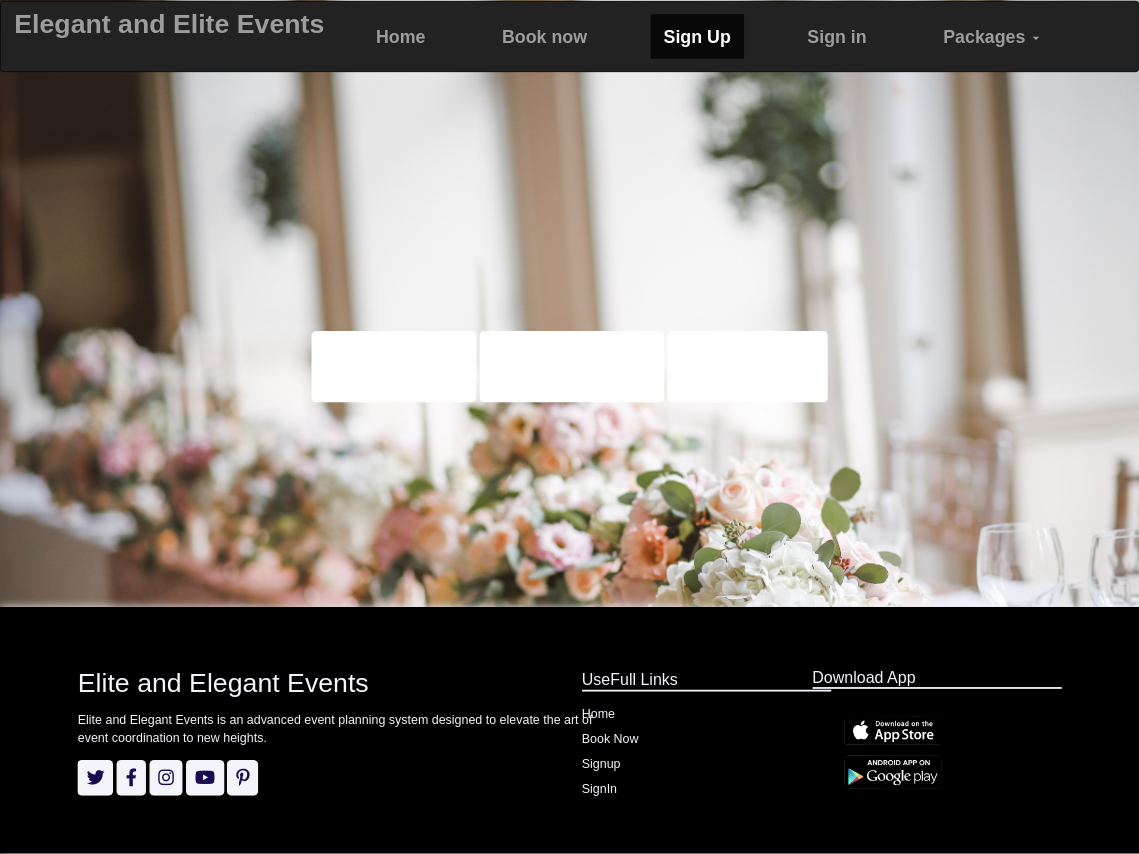
Repository: it22272690/Event-Planning-System
Page: http://localhost/PaymentDemo/useraccount.jsp
An editor plug-in stored every save of this project. The page is shown before and after the next save, followed by the edit.
The browser window is 1280 px wide. The pictures show the whole page, at 89% of full size.
Some web fonts or font styles are not loaded; a fallback is used. The page is served by Tomcat 10. Other server files are loaded and not shown.

Above is the page before, as saved 2023-10-24 09:14:13.

### PaymentDemo/src/main/webapp/useraccount.jsp
<%@ page language="java" contentType="text/html; charset=ISO-8859-1"
    pageEncoding="ISO-8859-1"%>
<!DOCTYPE html>
<html>
<head>
    <meta charset="UTF-8">
    <meta name="viewport" content="width=device-width, initial-scale=1.0">
    <title>User Profile</title>

    <link rel="stylesheet" type="text/css" href="css\useraccount.css">
    <link rel="stylesheet" type="text/css" href="css\home.css">
   <title>Bootstrap Example</title>
        <meta charset="utf-8">
        <meta name="viewport" content="width=device-width, initial-scale=1">
        <link rel="stylesheet" href="https://maxcdn.bootstrapcdn.com/bootstrap/3.4.1/css/bootstrap.min.css">
        <script src="https://ajax.googleapis.com/ajax/libs/jquery/3.6.4/jquery.min.js"></script>
        <script src="https://maxcdn.bootstrapcdn.com/bootstrap/3.4.1/js/bootstrap.min.js"></script>
         <!-- Style Css Link -->
    <link rel="stylesheet" href="css/footer.css">
    <!-- Style Css Link -->

    <!-- Font Awesome Cdn -->
    <link rel="stylesheet" href="https://cdnjs.cloudflare.com/ajax/libs/font-awesome/6.4.0/css/all.min.css">
    <!-- Font Awesome Cdn -->

    <!-- Google Font links -->
    <link rel="preconnect" href="https://fonts.googleapis.com">
    <link rel="preconnect" href="https://fonts.gstatic.com" crossorigin>
    <link href="https://fonts.googleapis.com/css2?family=Josefin+Sans:wght@500&display=swap" rel="stylesheet">
    <!-- Google Font links -->
    </head>
    <body>
     <style>

        body {
            font-family: 'Times New Roman';
            background-color: #f0f0f0;
            text-align: center;
            background-image: url("images/useraccount.jpg");
            background-size: cover
        }
    </style>
        <header>

            <nav class="navbar navbar-inverse">

                <div class="container-fluid">
                    <div class="navbar-header">

                        <a class="navbar-brand" href="#"><b style="font-size:30px;">Elegant and Elite Events</b></a>

                    </div>
                    <ul class="nav navbar-nav">

                        <li><a href="Home.jsp">Home</a></li>
                        <li><a href="Navigate.jsp">Book now</a></li>
                        <li class="active"><a href="Signup.jsp">Sign Up</a></li>
                        <li><a href="Signin.jsp">Sign in</a></li>
                        <li class="dropdown"> <!-- Dropdown Menu -->
                        <a href="#" class="dropdown-toggle" data-toggle="dropdown">Packages <span class="caret"></span></a>
                        <ul class="dropdown-menu">
                            <li class="center-text"><a href="#">Food and Beverages</a></li>
                            <li class="center-text"><a href="#">Decorations</a></li>
                            <li class="center-text"><a href="#">Entertainment</a></li>
                            <li class="center-text"><a href="#">Hotels</a></li>

                            </ul>
                            </li>


                    </ul>
                </div>
            </nav>

        </header>
    </head>
    <body>
        <br><br>
        <div class="container">

            <div class="user-info">

                <!-- Display user information here (e.g., name, email, etc.) -->
            </div>
            <div class="user-actions">
                <button id="edit-customer"  style="color:white;">Edit Customer Form</button>
                <button id="edit-event"  style="color:white;">Edit Event Details Form</button>
                <button id="edit-payment" style="color:white;">Edit Payment Form</button>
            </div>
        </div>
       <footer id="footer">
    <div class="footer-content">
        <div class="row" id="row1">
            <a href="#" id="footer-logo">Elite and Elegant Events</a>
            <p>Elite and Elegant Events is an advanced event planning system designed to elevate the art of event coordination to new heights.</p>
            <div class="socail-links">
                <i class="fa-brands fa-twitter"></i>
                <i class="fa-brands fa-facebook-f"></i>
                <i class="fa-brands fa-instagram"></i>
                <i class="fa-brands fa-youtube"></i>
                <i class="fa-brands fa-pinterest-p"></i>
            </div>
        </div>
        <div class="row" id="row2">
            <h3>UseFull Links</h3>
            <ul>
                <li><a href="#">Home</a></li>
                <li><a href="#">Book Now</a></li>
                <li><a href="#">Signup</a></li>
                <li><a href="#">SignIn</a></li>

            </ul>
        </div>

        <div class="row" id="row4">
            <h3>Download App</h3>
            <img src="images/app.png" alt="foot">
        </div>
    </div>
</footer>
    </body>
</html>

### PaymentDemo/src/main/webapp/css/useraccount.css
body {
    font-family: Arial, sans-serif;
    background-color: rgb(128, 128, 128);
    margin: 0;
    padding: 0;
    background-image: url("userprofile.jpg");
}

.container {
    max-width: 700px;
    margin: 0 auto;
    padding: 200px;
    border-radius: 10px;
}

h1 {
    text-align: center;
}

.user-info {
    margin: 20px 0;
    color:aliceblue;
}

.user-actions {

    text-align: center;
    margin: 30px;

}

button {
    padding: 30px 30px;
    background-color: rgb(255, 255, 255);
    color: #fff;
    border: none;
    border-radius: 5px;
    cursor: pointer;
    margin: 30px; /* Increase the margin for more space between buttons */

}

button:hover {
    background-color: #c6d0db;
}

footer {
    background-color: #222; /* Dark background for footer */
    padding: 10px;
    text-align: left;
}

.contact, .social-media {
    display: inline-block;
    margin: 0 20px;
    text-align: left;
    color: #fff;
}

.social-media a {
    color: #fff;
    text-decoration: none;
    margin: 5px;
    text-align: left;
}

### PaymentDemo/src/main/webapp/css/home.css

.button {
    display: inline-block;
    padding: 10px 20px;
    background-color: #D2691E;
    color: #fff;
    text-decoration: none;
    border-radius: 10px;
    margin-right: 10px;
}

body {
    font-family: 'Courier New';
    margin: 0;
    padding: 0;
    background-color: #FFE4B5;
    color: #fff;
}

header {
    display: flex;
    font-family: Arial;
    font-size: 20px;
    align-items: center;

    padding: 1px 0;
    justify-content: space-between; /* Center buttons horizontally */
}

    header img {
        width: 100px; /* Adjust the width as needed */
        height: auto; /* Preserve the aspect ratio */
        margin-left: 20px; /* Add some left margin to the logo */
    }

nav ul {
    list-style-type: none;
    padding: 0;
    text-align: center; /* Center buttons vertically */
}

    nav ul li {
        display: inline;
        float: right;
        display: block;
        color: white;
        padding: 14px 18px;
        text-decoration: none;
    }

        nav ul li a {
            color: #fff;
            text-decoration: none;
            font-weight: bold;
            margin: 0 10px; /* Add some horizontal spacing between the buttons */
        }

.services {
    display: flex;
    flex-wrap: wrap;
    justify-content: center;
    margin: 20px auto;
    max-width: 1200px;
    color: #8B4513; /* Set the text color to white for visibility */
}

.service {
    background-color: #fff;
    border: 1px solid #FF4500; /* Slightly darker border */
    border-radius: 5px;
    padding: 20px;
    margin: 10px;
    text-align: center;
    width: calc(33.33% - 20px);
}

footer {
    background-color: #222; /* Dark background for footer */
    padding: 20px;
    text-align: left;
}

.contact, .social-media {
    display: inline-block;
    margin: 0 20px;
    text-align: left;
    color: #fff;
}

    .social-media a {
        color: #fff;
        text-decoration: none;
        margin: 5px;
        text-align: left;
    }

/* Add this CSS to style the search bar */
.search-section {
    display: flex;
    align-items: center;
}

.search-bar {
    padding: 10px;
    border: 1px solid #ccc;
    border-radius: 5px;
    margin-right: 10px;
    width: 200px; /* Adjust the width as needed */
    outline: none; /* Remove the outline on focus */
}

    .search-bar::placeholder {
        color: #999; /* Placeholder text color */
    }

.search-button {
    background-color: #D2691E;
    color: #fff;
    padding: 10px 20px;
    border: none;
    border-radius: 5px;
    cursor: pointer;
    font-weight: bold;
}

### PaymentDemo/src/main/webapp/css/footer.css
*{
    margin: 0;
    padding: 0;
    box-sizing: border-box;
    text-decoration: none;
    list-style: none;
    scroll-behavior: smooth;
    font-family: 'Josefin Sans', sans-serif;
}
html::-webkit-scrollbar-track{
    background: transparent;
}
html::-webkit-scrollbar-thumb{
    background: #f4f5fb;
    border-radius: 10px;
}
html::-webkit-scrollbar{
    width: 10px;
}
body{
    background: #fff;
}


/* Footer Start */
#footer{
    width: 100%;
    padding: 50px 8% 50px;
    background-color: black;
    box-shadow: 10px 10px 10px 10px #f4f5fb;
}
.footer-content{
    display: grid;
    grid-template-columns: repeat(auto-fit, minmax(250px, auto));
    align-items: center;
    gap: 0.90rem;
}
#footer #row1{
    position: relative;
    overflow: hidden;
}
#footer #row1 #footer-logo{
    font-size: 30px;
    color: #f4f5fb;
}
#footer #row1 p{
    color: #f4f5fb;
    margin-top: 10px;
}
.socail-links{
    margin-top: 15px;
}
.socail-links i{
    color: #1c0a51;
    background: #f4f5fb;
    font-size: 20px;
    padding: 10px;
    border-radius: 5px;
    cursor: pointer;
}
#row2 h3{
    font-size: 18px;
    color: #f4f5fb;
    border-bottom: 2px solid #f4f5fb;
}
#row2 ul{
    margin-top: 15px;
}
#row2 ul li{
    margin-top: 8px;
}
#row2 ul li a{
    color: #f4f5fb;
    transition: 0.5s ease;
}
#row2 li a:hover{
    border-bottom: 1px solid #f4f5fb;
}
#row3 h3{
    font-size: 18px;
    color: #f4f5fb;
    border-bottom: 2px solid #f4f5fb;
}
#row3 ul{
    margin-top: 15px;
}
#row3 ul li{
    margin-top: 8px;
}
#row3 ul li a{
    color: #f4f5fb;
    transition: 0.5s ease;
}
#row3 li a:hover{
    border-bottom: 1px solid #f4f5fb;
}
#row4 h3{
    font-size: 18px;
    color: #f4f5fb;
    border-bottom: 2px solid #f4f5fb;
}
#row4 img{
    width: 180px;
    cursor: pointer;
}
/* Footer End */

After the next save:
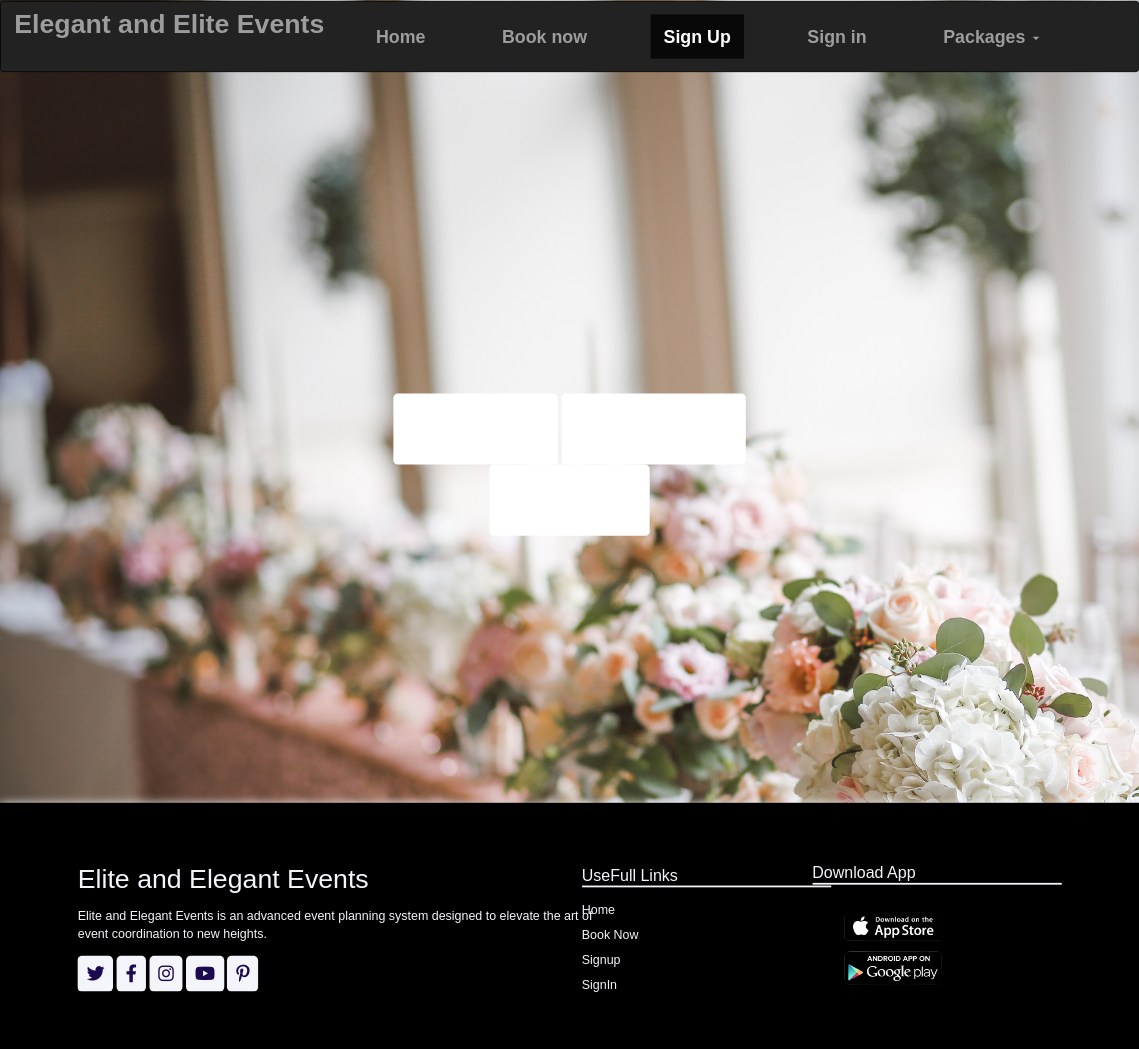
Saved 54 s later.
--- a/PaymentDemo/src/main/webapp/css/useraccount.css
+++ b/PaymentDemo/src/main/webapp/css/useraccount.css
@@ -25,7 +25,7 @@ h1 {
 .user-actions {
 
     text-align: center;
-    margin: 30px;
+    margin: 100px;
 
 }
 
